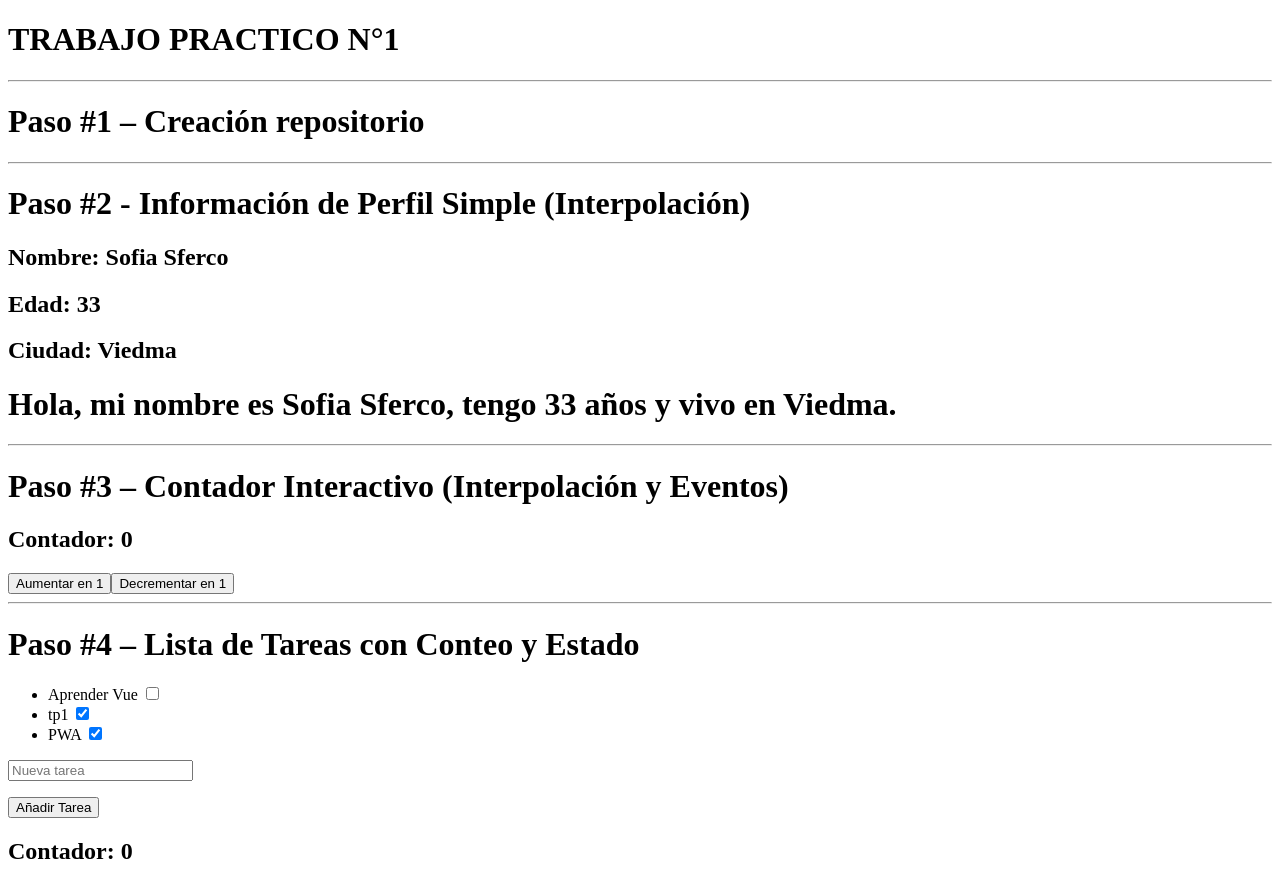
Repository: SofiaSferco/PWA-2026
Page: practico01/index.html
The author's editor kept a copy of each file at every save. The page is drawn from the files as they stood at one save, then again after the next save.
The browser window is 1280 px wide. The pictures show the whole page.

Above is the page before, as saved 2026-09-10 02:03:46.

### practico01/index.html
<!DOCTYPE html>
<html lang="en">
<head>
    <meta charset="UTF-8">
    <title>Practico 01</title>
    <script src="https://cdn.jsdelivr.net/npm/vue/dist/vue.js"></script>
</head>
<body>
    <div id="app">
        <p>
            <h1>TRABAJO PRACTICO N°1</h1>
        </p>
        <hr>
        <h1>Paso #1 – Creación repositorio</h1>
        <hr>
        <h1>Paso #2 - Información de Perfil Simple (Interpolación)</h1>
        <h2>Nombre: {{nombre}}</h2>
        <h2>Edad: {{edad}}</h2>
        <h2>Ciudad: {{ciudad}}</h2>
        <h1>Hola, mi nombre es {{nombre}}, tengo {{edad}} años y vivo en {{ciudad}}.</h1>
        <hr>
        <h1>Paso #3 – Contador Interactivo (Interpolación y Eventos)</h1>
        <h2>Contador: {{contador}}</h2>
        <button @click="aumentar">Aumentar en 1</button><button v-on:click="decrementar">Decrementar en 1</button>
        <hr>
        <h1>Paso #4 – Lista de Tareas con Conteo y Estado</h1>
        <ul>
            <li v-for="tarea in tareas" :key="tarea.id">
                {{tarea.texto}} <input type="checkbox" v-model="tarea.completada">
            </li>
        </ul>
        <p>
            <input type="text" v-model="nuevaTarea" placeholder="Nueva tarea">
        </p>
        <button @click="agregarTarea">Añadir Tarea</button>
        <h2>Contador: {{contador}}</h2>
    </div>
    <script>
       var app= new Vue({
           el: '#app',
           data: {
               nombre: 'Sofia Sferco',
               edad: 33,
               ciudad: 'Viedma',
               contador: 0,
               nuevaTarea: '',
               tareas: [
                {
                id:1,
                texto: 'Aprender Vue',
                completada: false,
               },
                {
                id:2,
                texto: 'tp1',
                completada: true,
               },
               {
                id:3,
                texto: 'PWA',
                completada: true,
               },
            ]
           },
            methods: {
               aumentar: function() {
                    this.contador++;
               },
               decrementar: function() {
                    this.contador--;
               },
               agregarTarea: function () {
                this.tareas.push({
                    id:this.tareas.length + 1,
                    texto: this.nuevaTarea,
                    completada:false,
                    }
                )
                this.nuevaTarea = '';
            },
           },
           computed: {
            tareasPendientes: function() {
                        return this.tareas.filter(function(tarea){
                            return tarea.completada==false
                        }
                    )
                    }
                }
            }
       )
    </script>
</body>
</html>

After the next save:
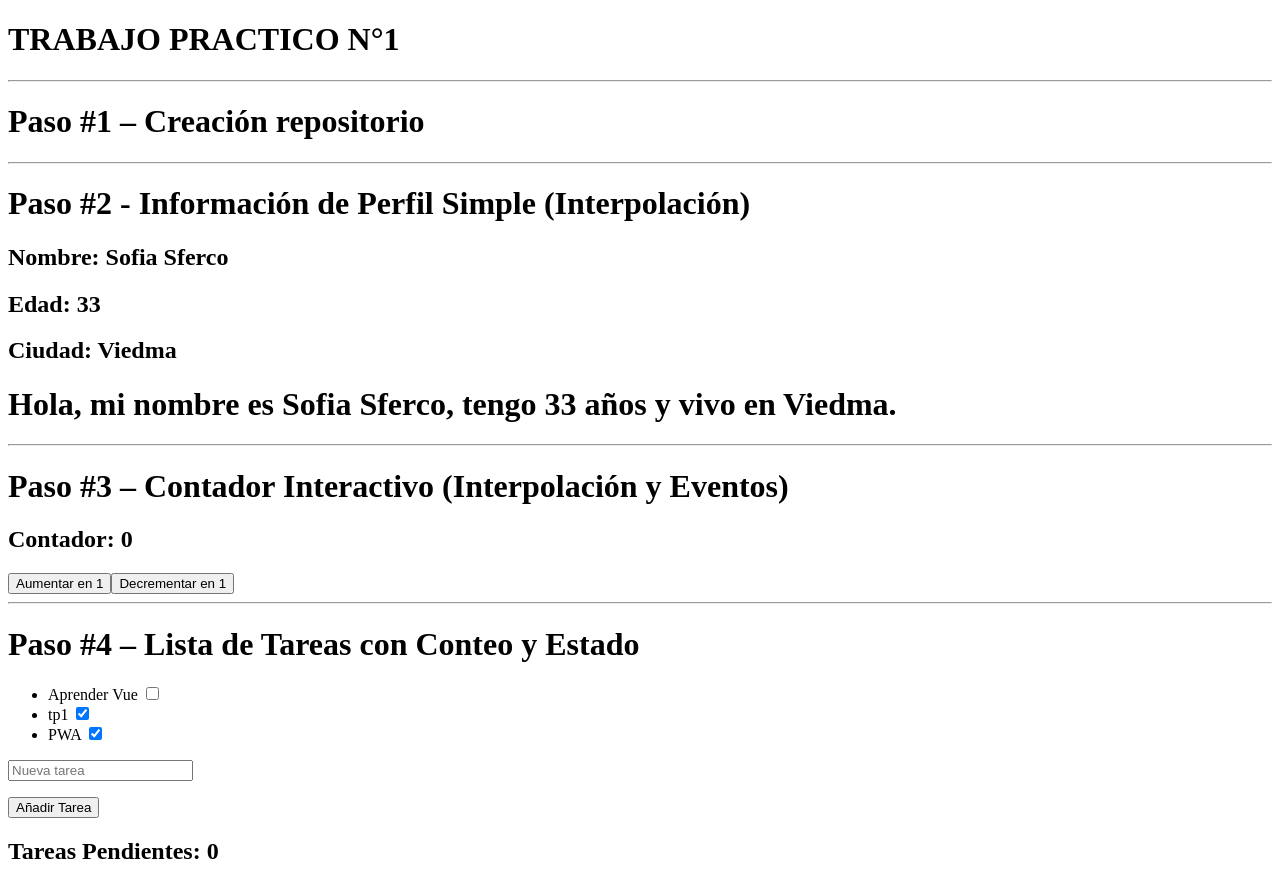
Saved 9 s later.
--- a/practico01/index.html
+++ b/practico01/index.html
@@ -33,7 +33,7 @@
             <input type="text" v-model="nuevaTarea" placeholder="Nueva tarea">
         </p>
         <button @click="agregarTarea">Añadir Tarea</button>
-        <h2>Contador: {{contador}}</h2>
+        <h2>Tareas Pendientes: {{contador}}</h2>
     </div>
     <script>
        var app= new Vue({
